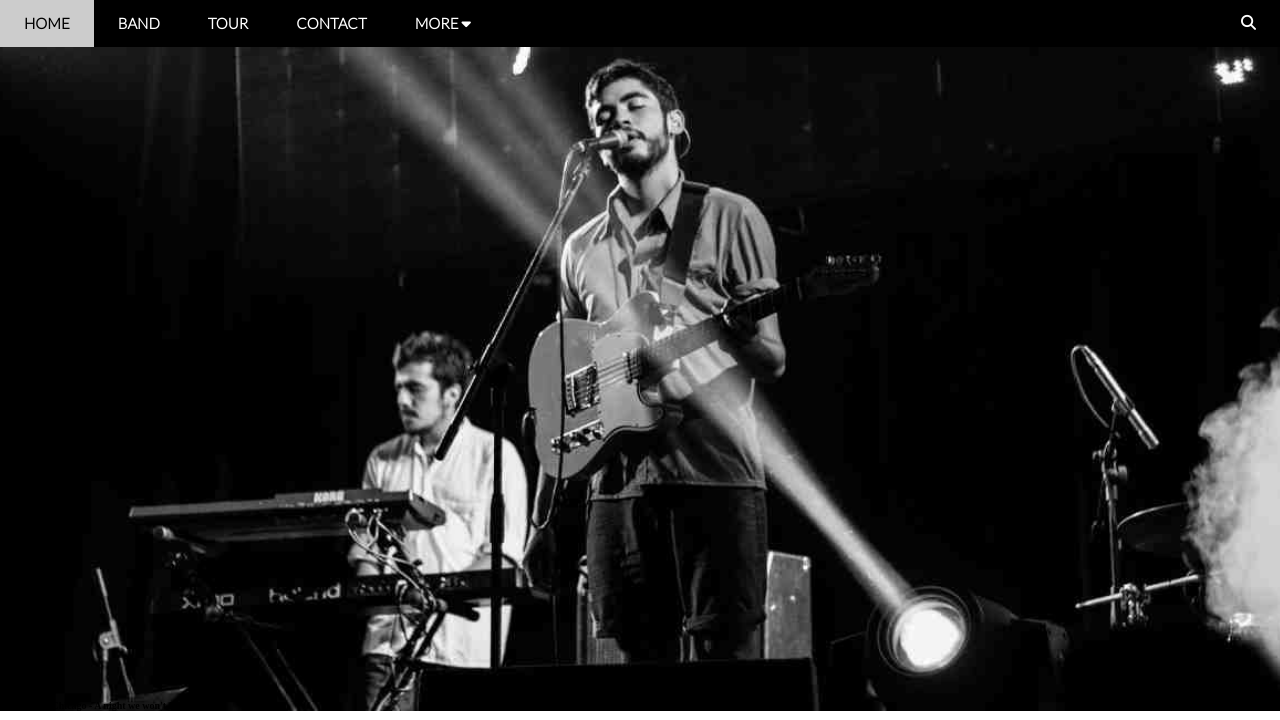
Repository: vanmanhAI/project-03-w3
Page: index.html
An editor plug-in stored every save of this project. The page is shown before and after the next save, followed by the edit.
The browser window is 1280 px wide. The pictures show the whole page.
Some web libraries are served in a nearby version.

Above is the page before, as saved 2022-07-09 22:02:50.

After the next save:
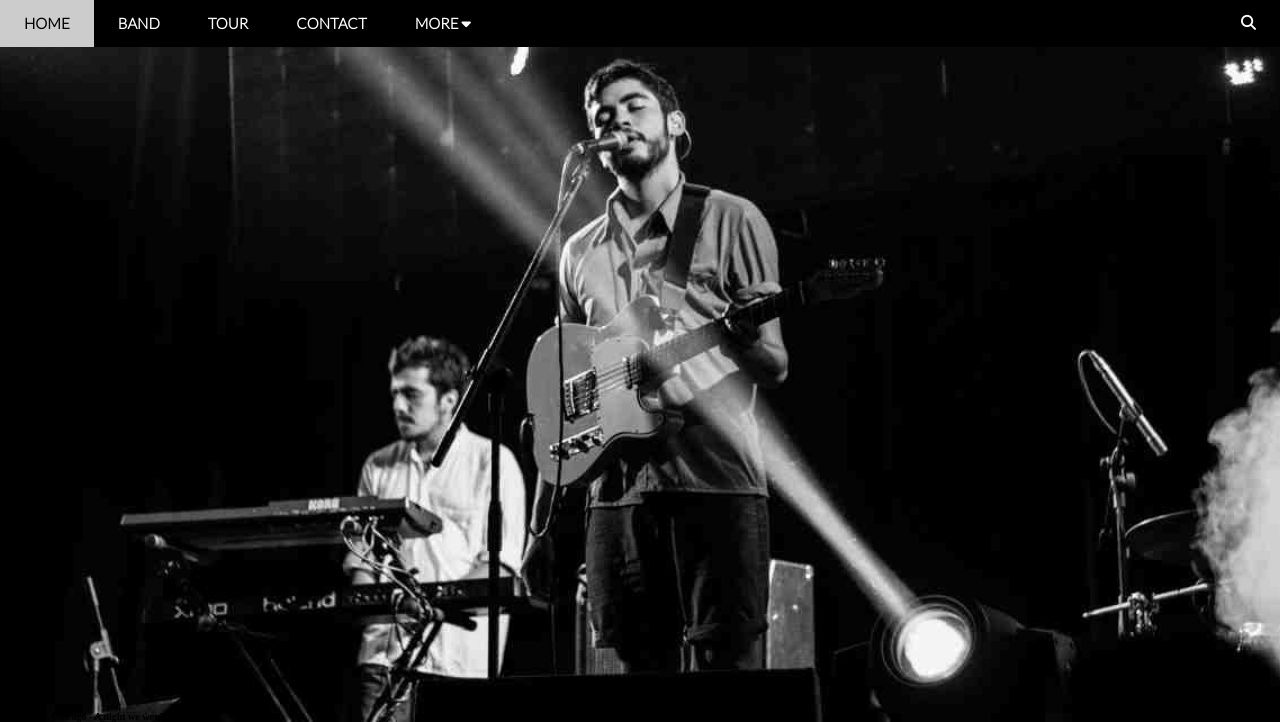
Saved 6 s later.
--- a/index.html
+++ b/index.html
@@ -36,10 +36,10 @@
         </div>
 
         <div id="slider">
-            <p>
+            <>
                 <h3 class="name-slider">chicago</h3>
                 <b class="desc-slider">Thank you, Chicago - A night we won't forget.</b>
-            </p>
+            </>
         </div>
 
         <div id="content"></div>

After the save that followed:
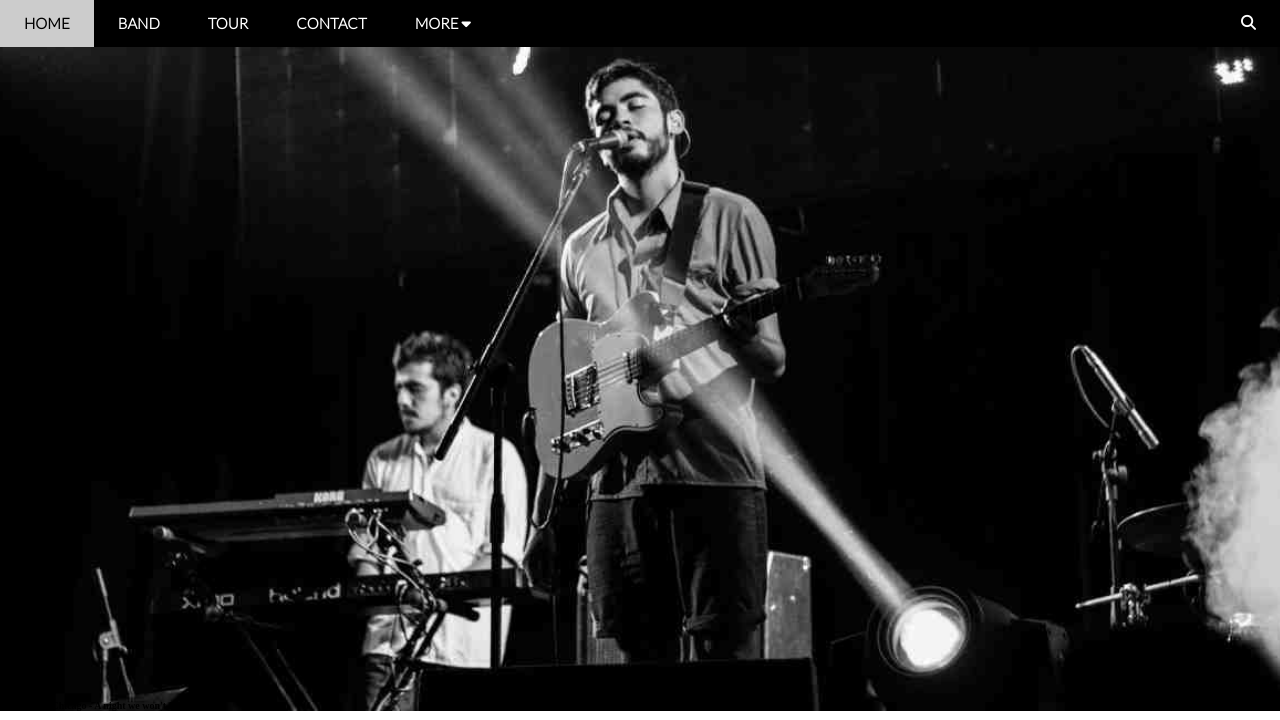
Saved 7 s later.
--- a/index.html
+++ b/index.html
@@ -36,10 +36,10 @@
         </div>
 
         <div id="slider">
-            <>
+            <div class="">
                 <h3 class="name-slider">chicago</h3>
                 <b class="desc-slider">Thank you, Chicago - A night we won't forget.</b>
-            </>
+            </div>
         </div>
 
         <div id="content"></div>
